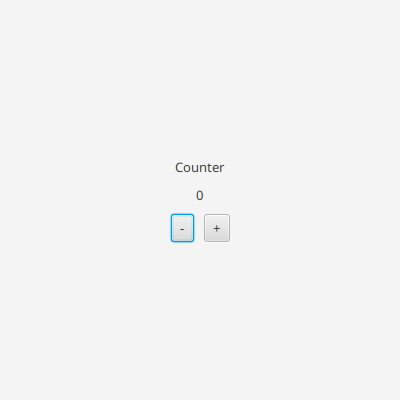
Repository: angelalvess/java-fx
Program's window: java javafx/src/counter/Contador.java
An editor plug-in stored every save of this project. The program's window is shown before and after the next save, followed by the edit.
It runs on Java 21 on a 1366 x 768 screen with JavaFX 11; the title bar is not drawn.

Above is the program's window before, as saved 2025-02-03 06:58:15.

### javafx/src/counter/Contador.java
package counter;

import java.security.PrivateKey;

import javafx.application.Application;
import javafx.geometry.Pos;
import javafx.scene.Scene;
import javafx.scene.control.Button;
import javafx.scene.control.Label;
import javafx.scene.layout.HBox;
import javafx.scene.layout.VBox;
import javafx.stage.Stage;

public class Contador extends Application {

	private int counter = 0;

	@Override
	public void start(Stage primaryStage) throws Exception {

		Label labelTitle = new Label("Counter");
		Label labelNumber = new Label("0");

		Button buttonDecrement = new Button("-");
		buttonDecrement.setOnAction(e -> {
			if (counter > 0) {

				counter--;
			}
			labelNumber.setText(Integer.toString(counter));
		});
		Button buttonIncrement = new Button("+");
		buttonIncrement.setOnAction(e -> {
			counter++;
			labelNumber.setText(Integer.toString(counter));
		});

		HBox hBox = new HBox();
		hBox.setAlignment(Pos.CENTER);
		hBox.setSpacing(10);

		hBox.getChildren().add(labelTitle);
		hBox.getChildren().add(labelNumber);
		hBox.getChildren().add(buttonDecrement);
		hBox.getChildren().add(buttonIncrement);

		VBox vBox = new VBox();
		vBox.getChildren().add(labelTitle);
		vBox.getChildren().add(labelNumber);

		vBox.getChildren().add(hBox);
		vBox.setAlignment(Pos.CENTER);
		vBox.setSpacing(10);

		String pathCssString = getClass().getResource("/counter/Counter.css").toExternalForm();
		Scene sceneOne = new Scene(vBox, 400, 400);
		sceneOne.getStylesheets().add(pathCssString);

		primaryStage.setScene(sceneOne);
		primaryStage.show();

	}

	public static void main(String[] args) {
		launch(args);
	}

}

### javafx/src/counter/Counter.css
.content {
	-fx-background-color: red;

}

After the next save:
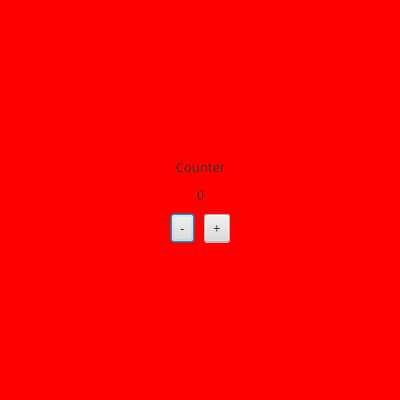
Saved 3 min 16 s later.
--- a/javafx/src/counter/Contador.java
+++ b/javafx/src/counter/Contador.java
@@ -35,25 +35,26 @@
 			labelNumber.setText(Integer.toString(counter));
 		});
 
-		HBox hBox = new HBox();
-		hBox.setAlignment(Pos.CENTER);
-		hBox.setSpacing(10);
+		HBox boxButtons = new HBox();
+		boxButtons.setAlignment(Pos.CENTER);
+		boxButtons.setSpacing(10);
 
-		hBox.getChildren().add(labelTitle);
-		hBox.getChildren().add(labelNumber);
-		hBox.getChildren().add(buttonDecrement);
-		hBox.getChildren().add(buttonIncrement);
+		boxButtons.getChildren().add(labelTitle);
+		boxButtons.getChildren().add(labelNumber);
+		boxButtons.getChildren().add(buttonDecrement);
+		boxButtons.getChildren().add(buttonIncrement);
 
-		VBox vBox = new VBox();
-		vBox.getChildren().add(labelTitle);
-		vBox.getChildren().add(labelNumber);
+		VBox boxContentVertical = new VBox();
+		boxContentVertical.getStyleClass().add("content");
+		boxContentVertical.getChildren().add(labelTitle);
+		boxContentVertical.getChildren().add(labelNumber);
 
-		vBox.getChildren().add(hBox);
-		vBox.setAlignment(Pos.CENTER);
-		vBox.setSpacing(10);
+		boxContentVertical.getChildren().add(boxButtons);
+		boxContentVertical.setAlignment(Pos.CENTER);
+		boxContentVertical.setSpacing(10);
 
 		String pathCssString = getClass().getResource("/counter/Counter.css").toExternalForm();
-		Scene sceneOne = new Scene(vBox, 400, 400);
+		Scene sceneOne = new Scene(boxContentVertical, 400, 400);
 		sceneOne.getStylesheets().add(pathCssString);
 
 		primaryStage.setScene(sceneOne);
